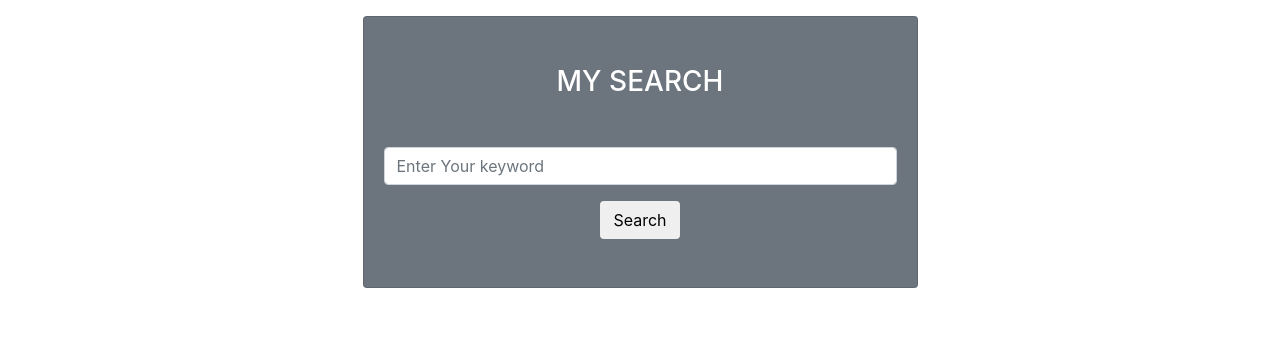
Repository: priyaadya/spring-practice-codes
Page: http://localhost/SearchPageMvc/home
The author's editor kept a copy of each file at every save. The page is drawn from the files as they stood at one save, then again after the next save.
The browser window is 1280 px wide. The pictures show the whole page.
Some web libraries are served in a nearby version. The page is served by Tomcat 9.

Above is the page before, as saved 2023-06-04 18:23:58.

After the next save:
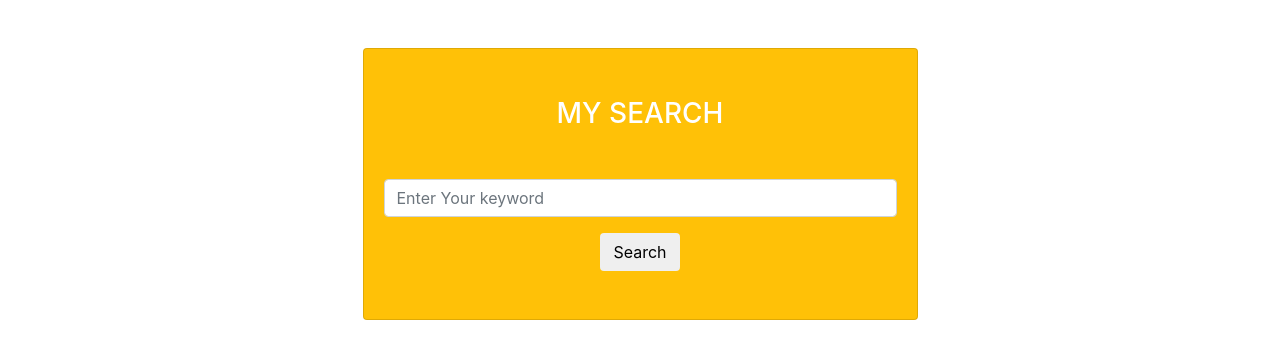
Saved 49 s later.
--- a/SearchPageMvc/src/main/webapp/WEB-INF/views/home.jsp
+++ b/SearchPageMvc/src/main/webapp/WEB-INF/views/home.jsp
@@ -12,7 +12,7 @@
   </head>
   <body>
  <div class="container">
- <div class="card mx-auto mt-3 bg-secondary" style="width:50%;">
+ <div class="card mx-auto mt-5 bg-warning" style="width:50%;">
  <div class="card-body py-5">
  <h3 class="text-center text-white" style="text-transform:uppercase">My Search</h3>
  <form class="mt-5">
